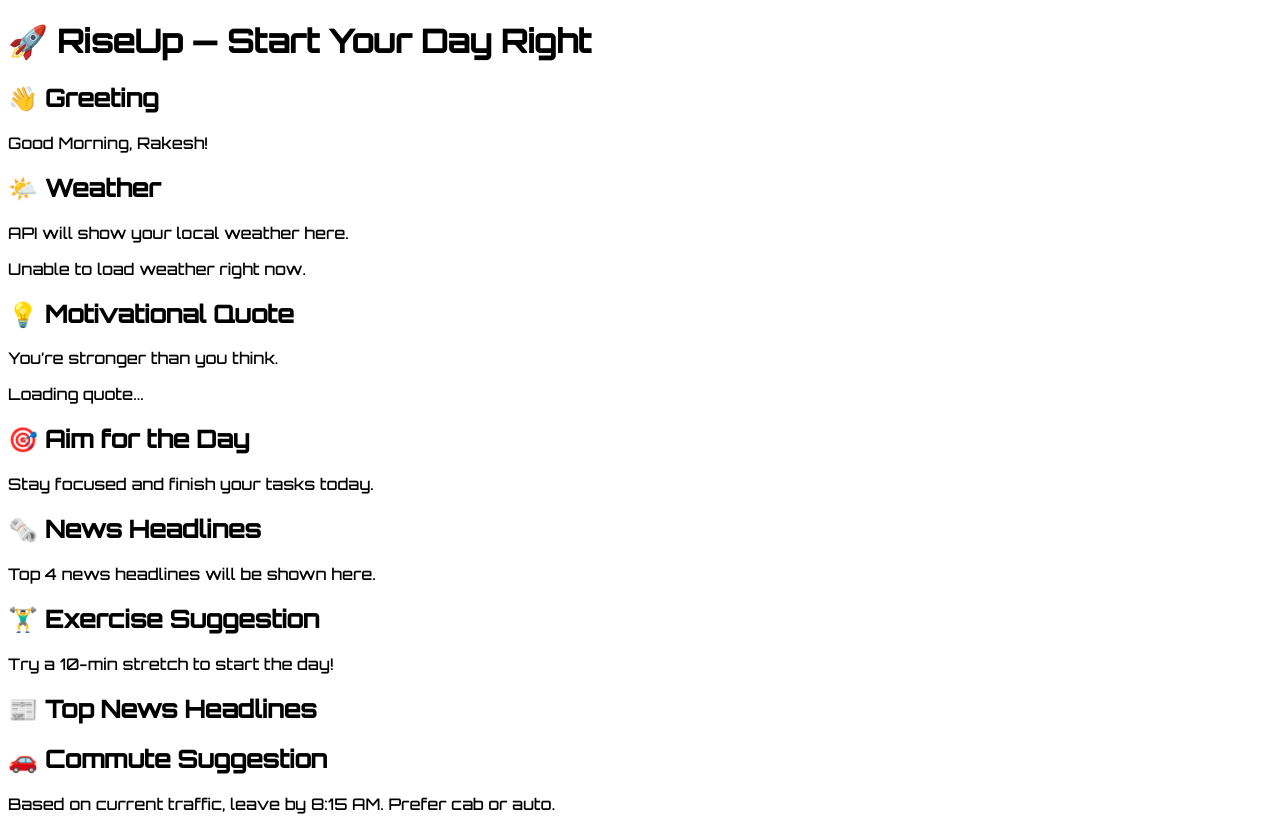
Repository: rakeshkumar1012/riseup
Page: /
These files come from the project's save history. The page is drawn as it stood at one moment and after the next save; the edit follows.
The browser window is 1280 px wide. The pictures show the whole page.
The page's requests for data from a server got no answer. The project was rebuilt for these pictures with package versions that can differ from the ones it lists, and the page was loaded fresh each time. No one was signed in, and anything a server would have sent is missing.

Above is the page before, as saved 2025-07-05 03:36:41.

### public/index.html
<!DOCTYPE html>
<html lang="en">
  <head>
    <meta charset="utf-8" />
    <link rel="icon" href="%PUBLIC_URL%/favicon.ico" />
    <meta name="viewport" content="width=device-width, initial-scale=1" />
    <meta name="theme-color" content="#000000" />
    <meta
      name="description"
      content="Web site created using create-react-app"
    />
    <link rel="apple-touch-icon" href="%PUBLIC_URL%/logo192.png" />
    <!--
      manifest.json provides metadata used when your web app is installed on a
      user's mobile device or desktop. See https://developers.google.com/web/fundamentals/web-app-manifest/
    -->
    <link rel="manifest" href="%PUBLIC_URL%/manifest.json" />
    <!--
      Notice the use of %PUBLIC_URL% in the tags above.
      It will be replaced with the URL of the `public` folder during the build.
      Only files inside the `public` folder can be referenced from the HTML.

      Unlike "/favicon.ico" or "favicon.ico", "%PUBLIC_URL%/favicon.ico" will
      work correctly both with client-side routing and a non-root public URL.
      Learn how to configure a non-root public URL by running `npm run build`.
    -->
      <link href="https://fonts.googleapis.com/css2?family=Orbitron:wght@500&display=swap" rel="stylesheet">

    <title>React App</title>
  </head>
  <body>
    <noscript>You need to enable JavaScript to run this app.</noscript>
    <div id="root"></div>
    <!--
      This HTML file is a template.
      If you open it directly in the browser, you will see an empty page.

      You can add webfonts, meta tags, or analytics to this file.
      The build step will place the bundled scripts into the <body> tag.

      To begin the development, run `npm start` or `yarn start`.
      To create a production bundle, use `npm run build` or `yarn build`.
    -->
  </body>
</html>

### src/index.css
/* src/index.css */
@tailwind base;
@tailwind components;
@tailwind utilities;

body {
  @apply bg-gradient-to-br from-[#0f0c29] via-[#302b63] to-[#24243e] text-white min-h-screen;
  font-family: 'Orbitron', sans-serif;
}


/*body {
  margin: 0;
  font-family: -apple-system, BlinkMacSystemFont, 'Segoe UI', 'Roboto', 'Oxygen',
    'Ubuntu', 'Cantarell', 'Fira Sans', 'Droid Sans', 'Helvetica Neue',
    sans-serif;
  -webkit-font-smoothing: antialiased;
  -moz-osx-font-smoothing: grayscale;
}*/

code {
  font-family: source-code-pro, Menlo, Monaco, Consolas, 'Courier New',
    monospace;
}

### src/App.js
import Weather from "./components/Weather";
import Quote from "./components/Quote";
import Task from "./components/Task";
import News from "./components/News";

function App() {
  return (
    <div className="min-h-screen flex flex-col justify-center items-center bg-gradient-to-br from-blue-950 via-gray-900 to-black text-white px-4 py-10">
      <h1 className="text-4xl font-bold mb-10 text-center text-cyan-300 animate-pulse">
        🚀 RiseUp — Start Your Day Right
      </h1>

      <div className="w-full max-w-4xl space-y-6">
        {/* Greeting */}
        <Section title="👋 Greeting" gradient="from-purple-500 to-pink-500">
          <p className="text-white/90">Good Morning, Rakesh!</p>
        </Section>



        {/* Weather */}
        <Section title="🌤️ Weather" gradient="from-blue-400 to-cyan-500">

          <p className="text-white/90">API will show your local weather here.</p>
          <Weather />
        </Section>

        {/* Quote */}
        <Section title="💡 Motivational Quote" gradient="from-yellow-400 to-orange-500">
          <p className="text-white/90">You’re stronger than you think.</p>
          <Quote />
        </Section>

        {/* Daily Task */}
        <Section title="🎯 Aim for the Day" gradient="from-green-400 to-lime-500">
          <p className="text-white/90">Stay focused and finish your tasks today.</p>
          <Task />
        </Section>

        {/* News */}
        <Section title="🗞️ News Headlines" gradient="from-red-500 to-pink-600">
          <p className="text-white/90">Top 4 news headlines will be shown here.</p>
        </Section>

        {/* Exercise */}
        <Section title="🏋️‍♂️ Exercise Suggestion" gradient="from-indigo-500 to-purple-700">
          <p className="text-white/90">Try a 10-min stretch to start the day!</p>
          <News />
        </Section>

        {/* Commute */}
        <Section title="🚗 Commute Suggestion" gradient="from-sky-500 to-blue-600">
          <p className="text-white/90">
            Based on current traffic, leave by 8:15 AM. Prefer cab or auto.
          </p>
        </Section>
      </div>
    </div>
  );
}

// Reusable Box Component
function Section({ title, gradient, children }) {
  return (
    <div
      className={`rounded-xl shadow-lg p-6 bg-gradient-to-r ${gradient} transition duration-300 hover:scale-[1.02]`}
    >
      <h2 className="text-2xl font-semibold mb-2">{title}</h2>
      <div className="text-lg">{children}</div>
    </div>
  );
}

export default App;

### src/components/Weather.js
import { useState, useEffect } from "react";

function Weather() {
  const [weather, setWeather] = useState(null);
  const [loading, setLoading] = useState(true);

  const API_KEY = "5095941ff89867f82f0a96500b2787cc"; // 🔁 replace with your real API key
  const CITY = "Hyderabad"; // or use navigator.geolocation for dynamic city

  useEffect(() => {
    async function fetchWeather() {
      try {
        const response = await fetch(
          `https://api.openweathermap.org/data/2.5/weather?q=${CITY}&appid=${API_KEY}&units=metric`
        );
        const data = await response.json();
        setWeather(data);
        setLoading(false);
      } catch (error) {
        console.error("Weather fetch error:", error);
        setLoading(false);
      }
    }

    fetchWeather();
  }, []);

  if (loading) return <p>Loading weather data...</p>;
  if (!weather || weather.cod !== 200)
    return <p>Unable to load weather right now.</p>;

  return (
    <div className="rounded-xl p-6 bg-gradient-to-r from-blue-400 to-cyan-500 shadow-lg transition hover:scale-[1.02] text-white">
      <h2 className="text-2xl font-semibold mb-2">🌤️ Weather</h2>
      <p className="text-lg">
        {weather.name}: {weather.weather[0].description}
      </p>
      <p className="text-lg">
        Temperature: {weather.main.temp}°C | Feels Like:{" "}
        {weather.main.feels_like}°C
      </p>
    </div>
  );
}

export default Weather;

### src/components/Quote.js
import { useEffect, useState } from "react";

function Quote() {
  const [quote, setQuote] = useState(null);

  useEffect(() => {
    async function fetchQuote() {
      try {
        const response = await fetch("https://zenquotes.io/api/random");
        const data = await response.json();
        setQuote(data[0]);
      } catch (error) {
        console.error("Quote fetch error:", error);
      }
    }

    fetchQuote();
  }, []);

  if (!quote) return <p>Loading quote...</p>;

  return (
    <div className="rounded-xl p-6 bg-gradient-to-r from-indigo-400 to-purple-500 shadow-lg transition hover:scale-[1.02] text-white">
      <h2 className="text-2xl font-semibold mb-2">💡 Motivational Quote</h2>
      <p className="italic text-lg">"{quote.q}"</p>
      <p className="text-sm mt-2 text-right">- {quote.a}</p>
    </div>
  );
}

export default Quote;

### src/components/Task.js
import { useEffect, useState } from "react";

function Task() {
  const [task, setTask] = useState(null);

  useEffect(() => {
    async function fetchTask() {
      try {
        const response = await fetch("https://www.boredapi.com/api/activity");
        const data = await response.json();
        setTask(data);
      } catch (error) {
        console.error("Task fetch error:", error);
      }
    }

    fetchTask();
  }, []);

  if (!task)
    return (
      <div className="rounded-xl p-6 bg-gradient-to-r from-green-400 to-lime-500 shadow-lg animate-pulse h-24 text-white">
        <div className="w-3/4 h-5 bg-white/30 mb-3 rounded"></div>
        <div className="w-1/2 h-4 bg-white/20 rounded"></div>
      </div>
    );

  return (
    <div className="rounded-xl p-6 bg-gradient-to-r from-green-400 to-lime-500 shadow-lg transition hover:scale-[1.02] text-white">
      <h2 className="text-2xl font-semibold mb-2">🧠 AIM for Today</h2>
      <p className="text-lg italic">{task.activity}</p>
      <p className="text-sm mt-2">Type: {task.type}</p>
    </div>
  );
}

export default Task;

### src/components/News.js
import { useEffect, useState } from "react";

function News() {
  const [articles, setArticles] = useState([]);
  const [loading, setLoading] = useState(true);

  const API_KEY = "99a3cecda0cd43adf2d5487bd37cee1b"; // replace this
  const API_URL = `https://gnews.io/api/v4/top-headlines?lang=en&country=in&max=4&apikey=${API_KEY}`;

  useEffect(() => {
    async function fetchNews() {
      try {
        const response = await fetch(API_URL);
        const data = await response.json();
        setArticles(data.articles || []);
      } catch (err) {
        console.error("Failed to fetch news:", err);
      } finally {
        setLoading(false);
      }
    }

    fetchNews();
  }, []);

  if (loading) {
    return (
      <div className="bg-gradient-to-r from-amber-400 to-yellow-500 rounded-xl p-6 shadow-lg animate-pulse h-44 text-white">
        <div className="w-1/2 h-6 bg-white/30 mb-3 rounded"></div>
        <div className="w-3/4 h-4 bg-white/20 mb-1 rounded"></div>
        <div className="w-2/3 h-4 bg-white/20 rounded"></div>
      </div>
    );
  }

  return (
    <div className="rounded-xl p-6 bg-gradient-to-r from-amber-400 to-yellow-500 text-white shadow-lg transition hover:scale-[1.02]">
      <h2 className="text-2xl font-semibold mb-4">📰 Top News Headlines</h2>
      <ul className="space-y-3">
        {articles.map((article, idx) => (
          <li key={idx}>
            <a
              href={article.url}
              target="_blank"
              rel="noopener noreferrer"
              className="block text-lg hover:underline"
            >
              {idx + 1}. {article.title}
            </a>
          </li>
        ))}
      </ul>
    </div>
  );
}

export default News;

Loaded but not shown: src/index.js (common file); src/reportWebVitals.js (common file)

After the next save:
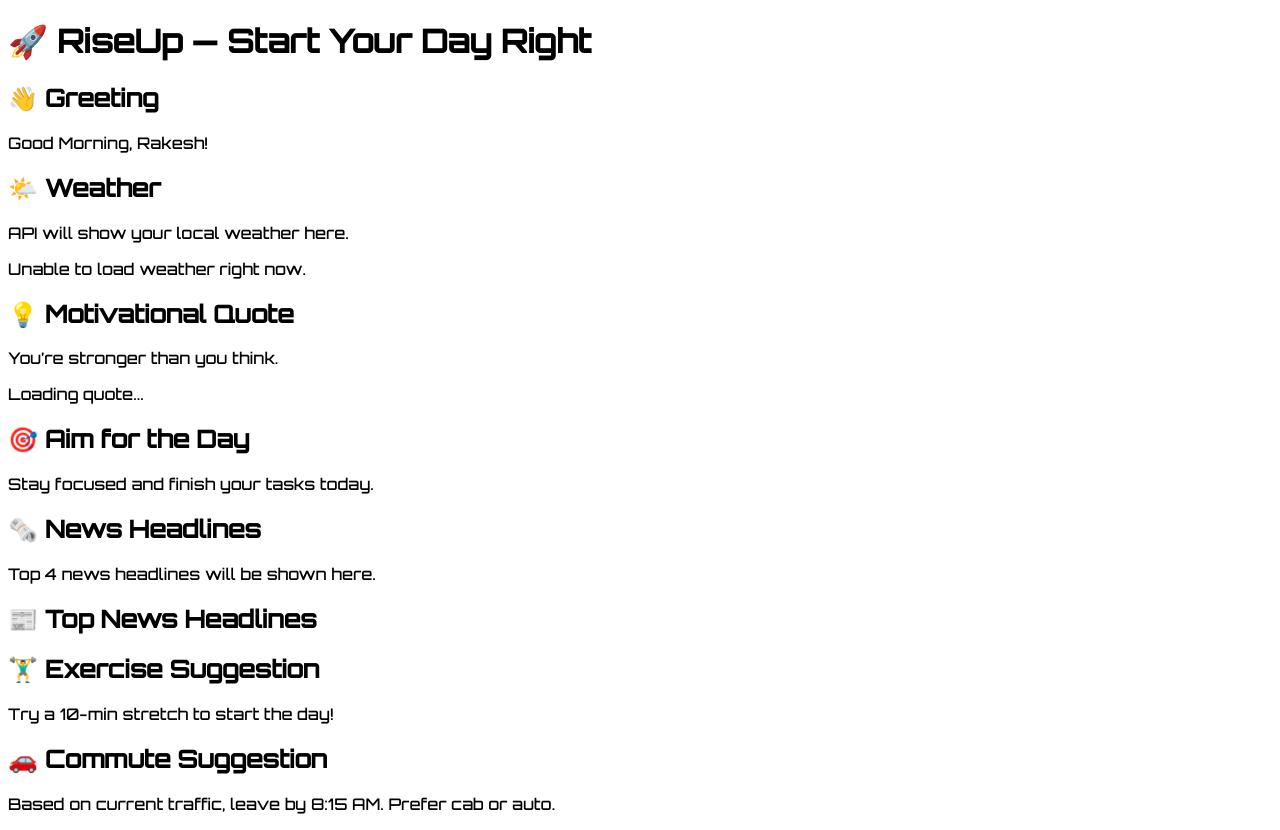
Saved 42 s later.
--- a/src/App.js
+++ b/src/App.js
@@ -40,12 +40,12 @@ function App() {
         {/* News */}
         <Section title="🗞️ News Headlines" gradient="from-red-500 to-pink-600">
           <p className="text-white/90">Top 4 news headlines will be shown here.</p>
+          <News/>
         </Section>
 
         {/* Exercise */}
         <Section title="🏋️‍♂️ Exercise Suggestion" gradient="from-indigo-500 to-purple-700">
           <p className="text-white/90">Try a 10-min stretch to start the day!</p>
-          <News />
         </Section>
 
         {/* Commute */}
